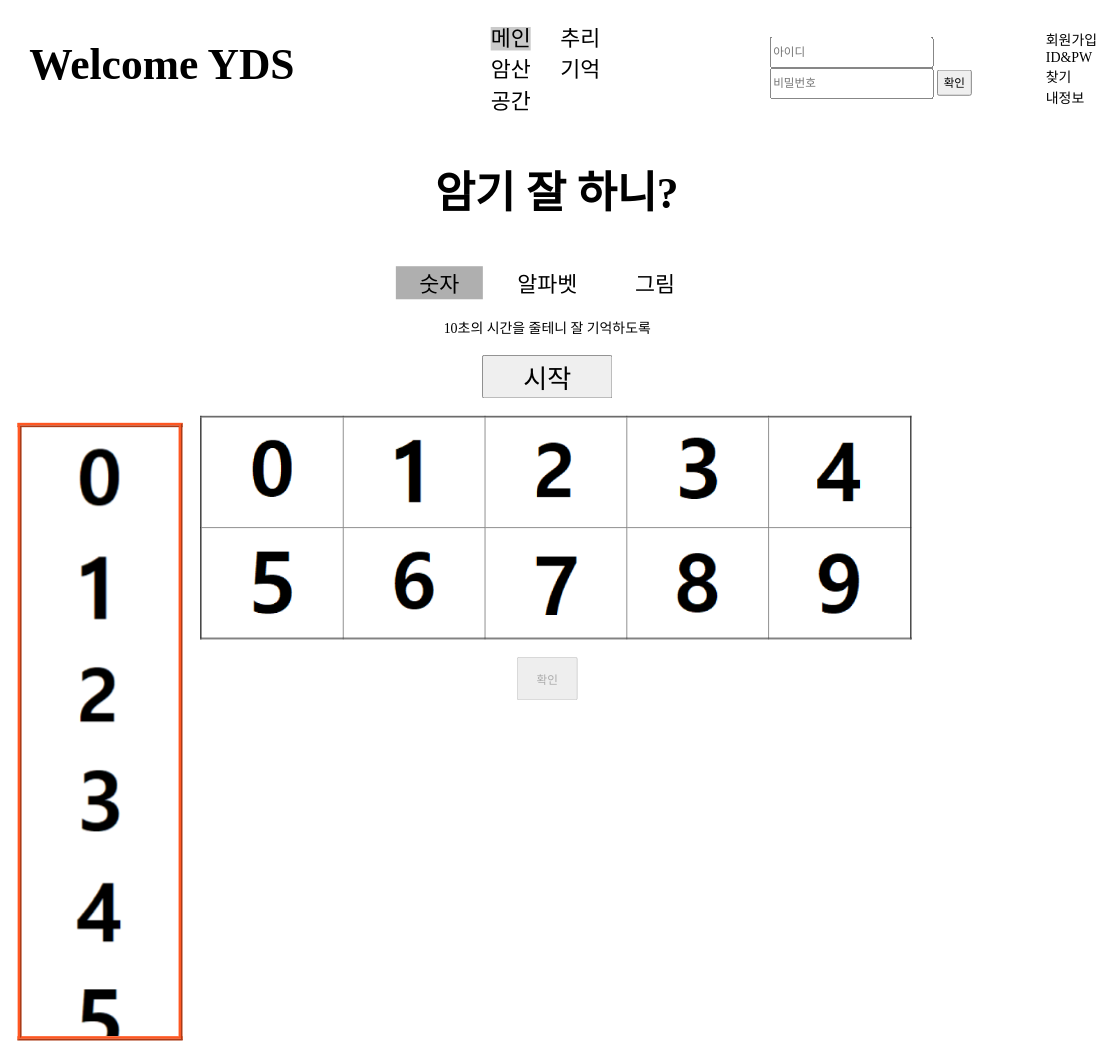
Repository: ejrtn/springbootMaven
Page: deoksu/src/main/resources/static/memorization.html
These files come from the project's save history. The page is drawn as it stood at one moment and after the next save; the edit follows.
The browser window is 1280 px wide. The pictures show the whole page, at 87% of full size.
Some web libraries are served in a nearby version.

Above is the page before, as saved 2021-04-10 16:53:34.

After the next save:
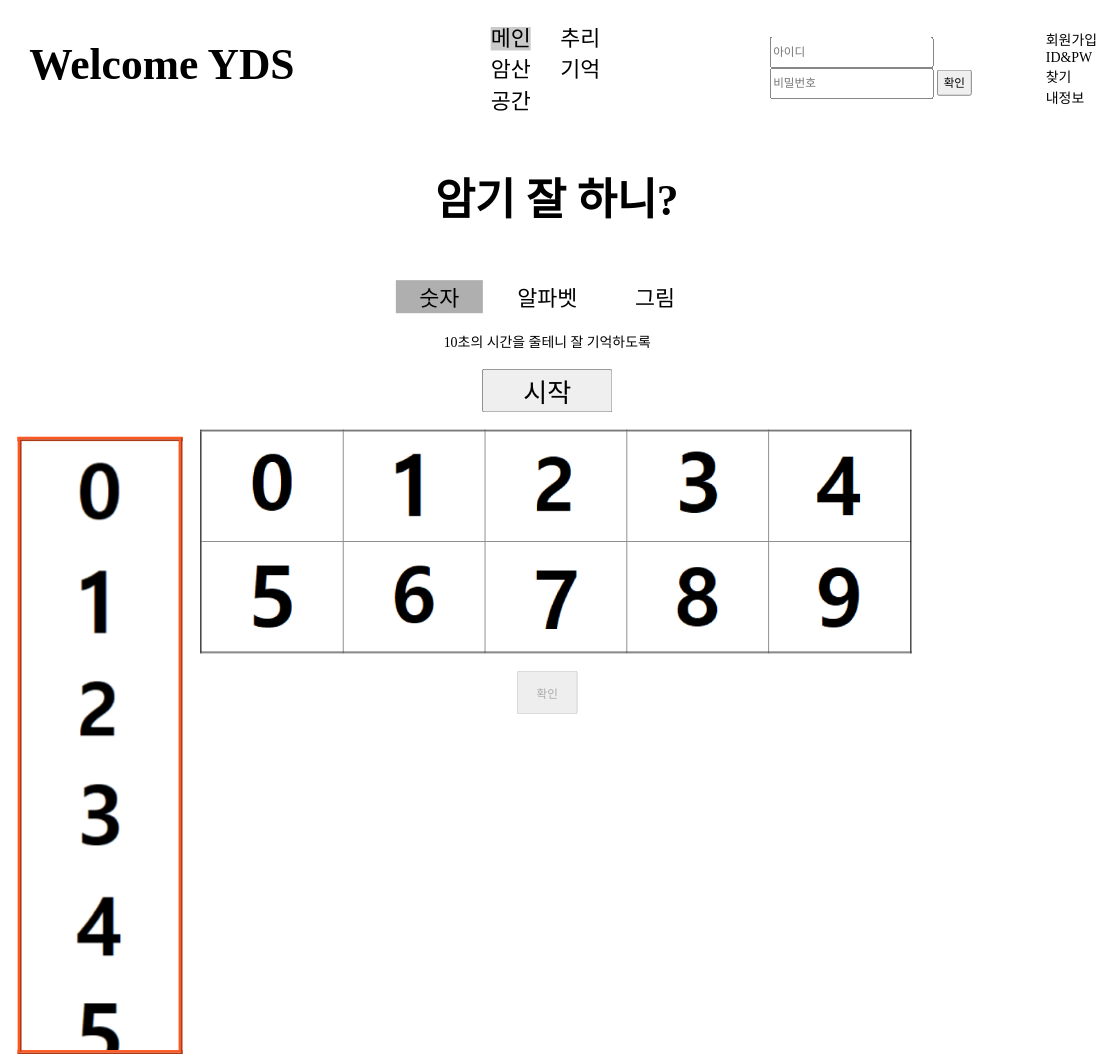
Saved 11 s later.
--- a/deoksu/src/main/resources/static/memorization.html
+++ b/deoksu/src/main/resources/static/memorization.html
@@ -307,7 +307,7 @@
 		</table>
 	</div>
 	<div align="center" style="margin-top: 20px;">
-		<h1 align="center"  style="font-size: 50px;">암기 잘 하니?</h1>
+		<h2 align="center"  style="font-size: 50px;">암기 잘 하니?</h2>
 		<div style="display: flex; flex-flow: low; margin: 0 auto; height: 700px; width: 1060px; padding-right: 180px" id="bo">
 			<div style="width: 180px; height: 700px; margin-top: 200px; border: 5px ridge #ff5722; overflow:scroll; " id="list_all">
 			</div>
